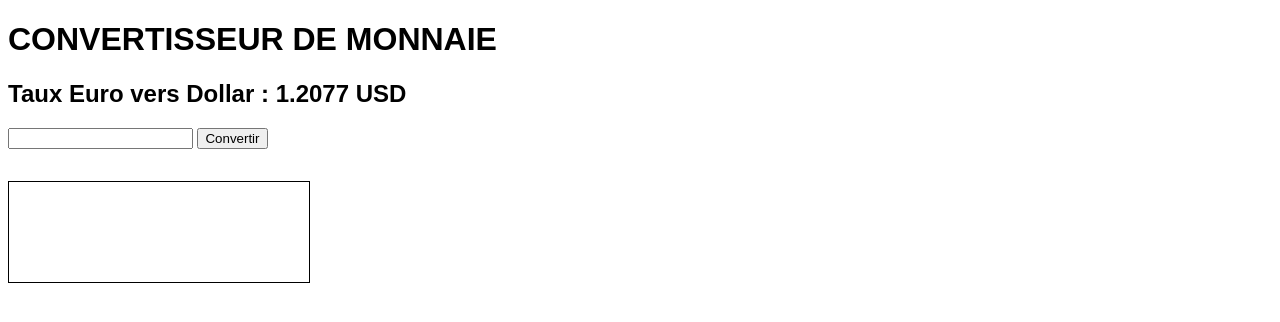
Repository: techmindconsulting/wordshiop-js
Page: index.html
An editor plug-in stored every save of this project. The page is shown before and after the next save, followed by the edit.
The browser window is 1280 px wide. The pictures show the whole page.

Above is the page before, as saved 2021-01-17 13:04:59.

After the next save:
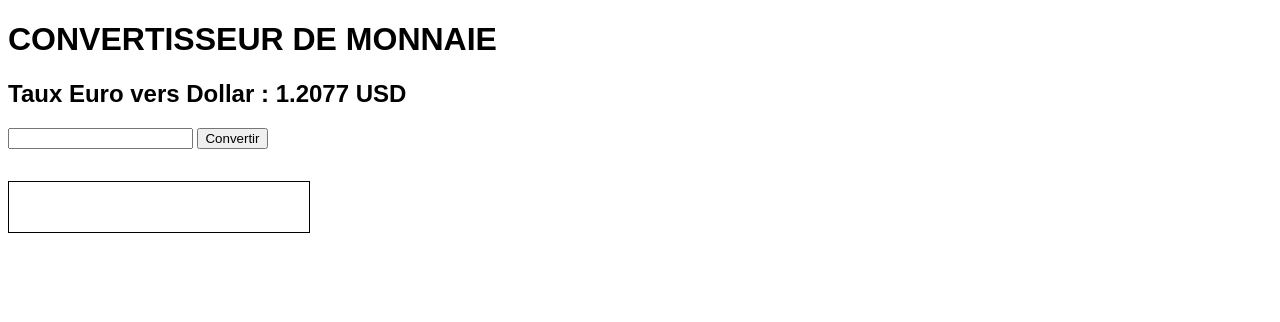
Saved 20 s later.
--- a/index.html
+++ b/index.html
@@ -12,7 +12,7 @@
         p {
             border: 1px solid black;
             width: 300px;
-            height: 100px;
+            height: 50px;
             font-size: 2rem;
         }
     </style>
